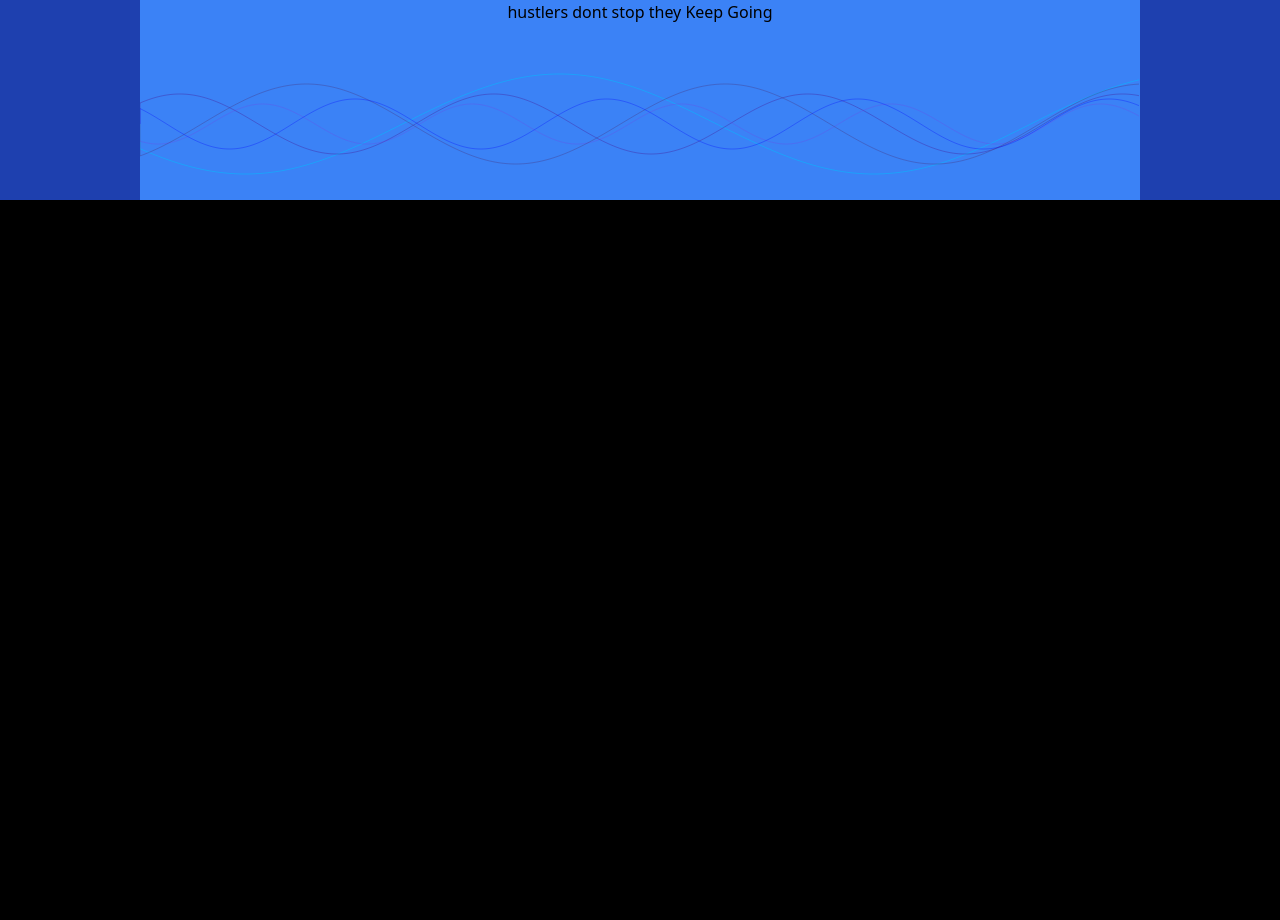
Repository: TMuse333/quantum-experiments
Page: /
The author's editor kept a copy of each file at every save. The page is drawn from the files as they stood at one save, then again after a run of saves.
The browser window is 1280 px wide. The pictures show the whole page.
The project was rebuilt for these pictures with package versions that can differ from the ones it lists, and the page was loaded fresh each time. Also part of the build but not shown: vite.config.ts.

Above is the page before, as saved 2024-06-08 18:30:16.

### src/App.tsx
import { useState } from 'react'
import reactLogo from './assets/react.svg'
import viteLogo from '/vite.svg'
import './App.css'
import SineWave from './components/sineWave/sineWave'
import ThreeJSWave from './components/sineWave/threeeJsWave/threeJsWave'

function App() {
  const [count, setCount] = useState(0)

  return (
    <>
    <div className='bg-blue-800 absolute top-0 left-0
    flex items-center flex-col justify-center w-screen'>


     <SineWave/>
     <ThreeJSWave/>
     </div>
    </>
  )
}

export default App

### src/components/sineWave/sineWave.tsx
import React, { useRef, useEffect } from 'react';

const SineWave: React.FC = () => {
  const canvasRef = useRef<HTMLCanvasElement | null>(null);

  useEffect(() => {
    const canvas = canvasRef.current;
    if (!canvas) return;

    const c = canvas.getContext('2d');
    if (!c) return;

    const waves = [
      {
        amplitude: 50,
        frequency: 0.01,
        speed: 0.02,
        xOffset: 0,
        color: 'rgba(0, 191, 255, 0.5)', // Sky Blue
      },
      {
        amplitude: 30,
        frequency: 0.02,
        speed: 0.03,
        xOffset: 0,
        color: 'rgba(75, 0, 130, 0.3)', // Indigo
      },
      {
        amplitude: 20,
        frequency: 0.03,
        speed: 0.04,
        xOffset: 0,
        color: 'rgba(138, 43, 226, 0.2)', // Blue Violet
      },
      {
        amplitude: 40,
        frequency: 0.015,
        speed: 0.025,
        xOffset: 0,
        color: 'rgba(72, 61, 139, 0.4)', // Dark Slate Blue
      },
      {
        amplitude: 25,
        frequency: 0.025,
        speed: 0.035,
        xOffset: 0,
        color: 'rgba(0, 0, 255, 0.3)', // Blue
      },
    ];

    const resizeHandler = () => {
      canvas.width = canvas.parentElement?.clientWidth ?? window.innerWidth;
      canvas.height = canvas.parentElement?.clientHeight ?? window.innerHeight;
    };

    window.addEventListener('resize', resizeHandler);
    resizeHandler();

    const draw = () => {
      c.clearRect(0, 0, canvas.width, canvas.height);
      waves.forEach((wave) => {
        c.beginPath();
        c.moveTo(0, canvas.height / 2);
        for (let x = 0; x < canvas.width; x++) {
          const y = canvas.height / 2 + Math.sin(x * wave.frequency + wave.xOffset) * wave.amplitude;
          c.lineTo(x, y);
        }
        c.strokeStyle = wave.color;
        c.stroke();
        wave.xOffset += wave.speed;
      });
      requestAnimationFrame(draw);
    };

    draw();

    return () => {
      window.removeEventListener('resize', resizeHandler);
    };
  }, []);

  return (
    <div className='w-screen bg-blue-500 relative h-[200px] max-w-[1000px] ml-auto mr-auto'>
        <h1>hustlers dont stop they Keep Going</h1>
      <canvas className='h-full w-full' ref={canvasRef} />
    </div>
  );
};

export default SineWave;

### src/components/sineWave/threeeJsWave/threeJsWave.tsx
import React, { useRef, useEffect } from 'react';
import * as THREE from 'three';

const ThreeJSWave: React.FC = () => {
  const containerRef = useRef<HTMLDivElement | null>(null);
  const frameId = useRef<number | null>(null);

  useEffect(() => {
    const container = containerRef.current;
    if (!container) return;

    const scene = new THREE.Scene();
    const camera = new THREE.PerspectiveCamera(75, container.clientWidth / container.clientHeight, 0.1, 1000);
    const renderer = new THREE.WebGLRenderer({ antialias: true });

    renderer.setSize(container.clientWidth, container.clientHeight);
    container.appendChild(renderer.domElement);

    // Adjust camera position to center the waves
    camera.position.z = 5;

    // Create waves
    const createWaveMesh = (amplitude: number, frequency: number, color: number, segments: number) => {
      const geometry = new THREE.BufferGeometry();
      const positions = new Float32Array(segments * 3);

      for (let i = 0; i < segments; i++) {
        positions[i * 3] = (i / segments) * 20 - 10; // Adjust x-position to span entire screen
        positions[i * 3 + 1] = 0; // y
        positions[i * 3 + 2] = 0; // z
      }

      geometry.setAttribute('position', new THREE.BufferAttribute(positions, 3));

      const material = new THREE.LineBasicMaterial({ color });
      const line = new THREE.Line(geometry, material);

      return { line, amplitude, frequency, offset: 0 };
    };

    const waves = [
      createWaveMesh(1.5, 0.02, 0x00bfff, 100), // Sky Blue
      createWaveMesh(1.3, 0.04, 0x4b0082, 100), // Indigo
      createWaveMesh(1.2, 0.06, 0x8a2be2, 100), // Blue Violet
      createWaveMesh(1.4, 0.03, 0x483d8b, 100), // Dark Slate Blue
      createWaveMesh(1.25, 0.05, 0x0000ff, 100), // Blue
    ];

    waves.forEach(wave => scene.add(wave.line));

    const animate = () => {
      waves.forEach(wave => {
        const positions = wave.line.geometry.attributes.position.array as Float32Array;
        for (let i = 0; i < positions.length / 3; i++) {
          positions[i * 3 + 1] = Math.sin(i * wave.frequency + wave.offset) * wave.amplitude;
        }
        wave.line.geometry.attributes.position.needsUpdate = true;
        wave.offset += wave.speed;
      });

      renderer.render(scene, camera);
      frameId.current = requestAnimationFrame(animate);
    };

    animate();

    const handleResize = () => {
      if (container) {
        camera.aspect = container.clientWidth / container.clientHeight;
        camera.updateProjectionMatrix();
        renderer.setSize(container.clientWidth, container.clientHeight);
      }
    };

    window.addEventListener('resize', handleResize);

    return () => {
      if (frameId.current !== null) {
        cancelAnimationFrame(frameId.current);
      }
      window.removeEventListener('resize', handleResize);
      container.removeChild(renderer.domElement);
    };
  }, []);

  return (
    <div className='w-screen h-screen bg-red-900'>
      <div className='w-full h-full' ref={containerRef}></div>
    </div>
  );
};

export default ThreeJSWave;

Loaded but not shown: index.html (common file); src/main.tsx (common file); src/index.css (common file); src/App.css (common file); tailwind.config.js (common file)

After the next 2 saves:
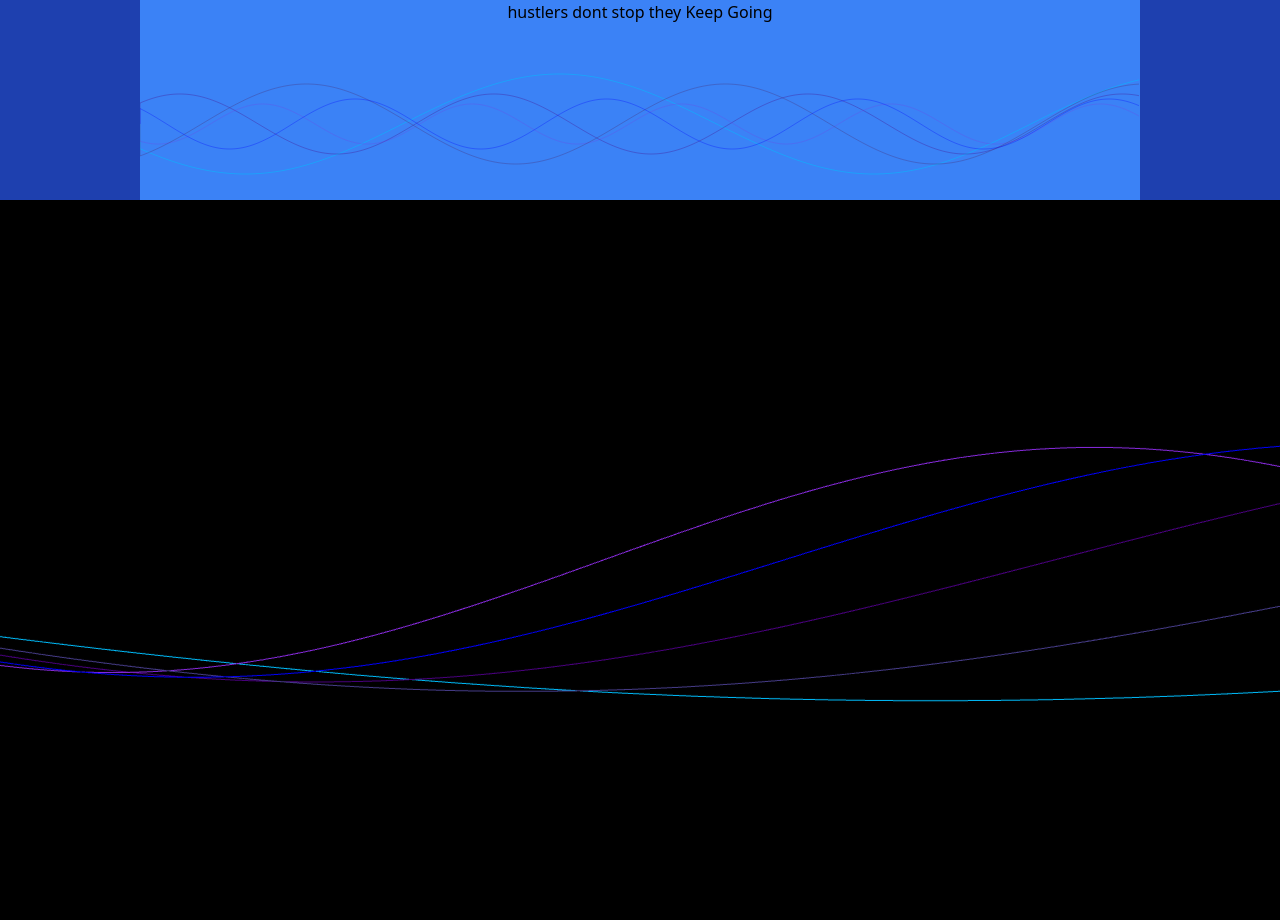
The 2 saves are shown as one change because 1 did not build or start.
The last was saved 10 s later.
--- a/src/components/sineWave/threeeJsWave/threeJsWave.tsx
+++ b/src/components/sineWave/threeeJsWave/threeJsWave.tsx
@@ -55,7 +55,7 @@ const ThreeJSWave: React.FC = () => {
           positions[i * 3 + 1] = Math.sin(i * wave.frequency + wave.offset) * wave.amplitude;
         }
         wave.line.geometry.attributes.position.needsUpdate = true;
-        wave.offset += wave.speed;
+        wave.offset += 0.01;
       });
 
       renderer.render(scene, camera);
